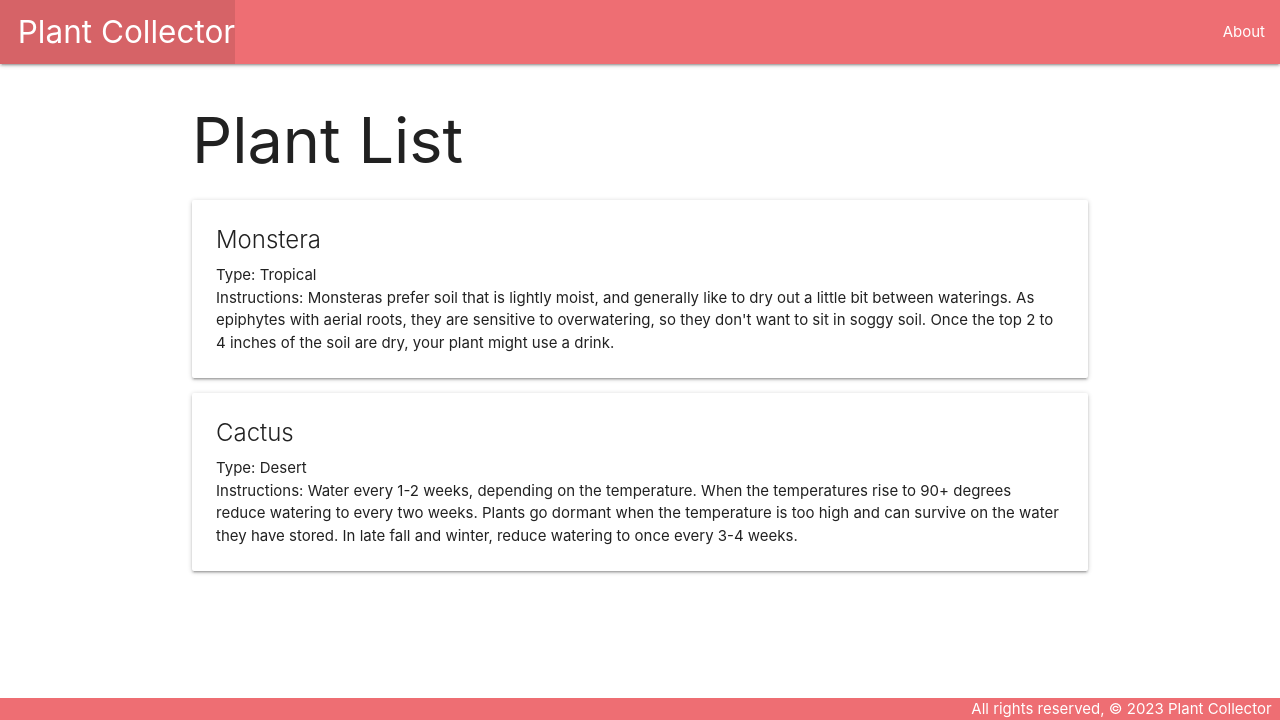
Repository: thecoachanna/plant-collector
Page: http://localhost/plants/
An editor plug-in stored every save of this project. The page is shown before and after a run of saves, followed by the edit.
The browser window is 1280 px wide. The pictures show the whole page.
The page is served by the project's application, run on Django 4.2 (manage.py).

Above is the page before, as saved 2023-03-06 19:28:38.

After the next 3 saves:
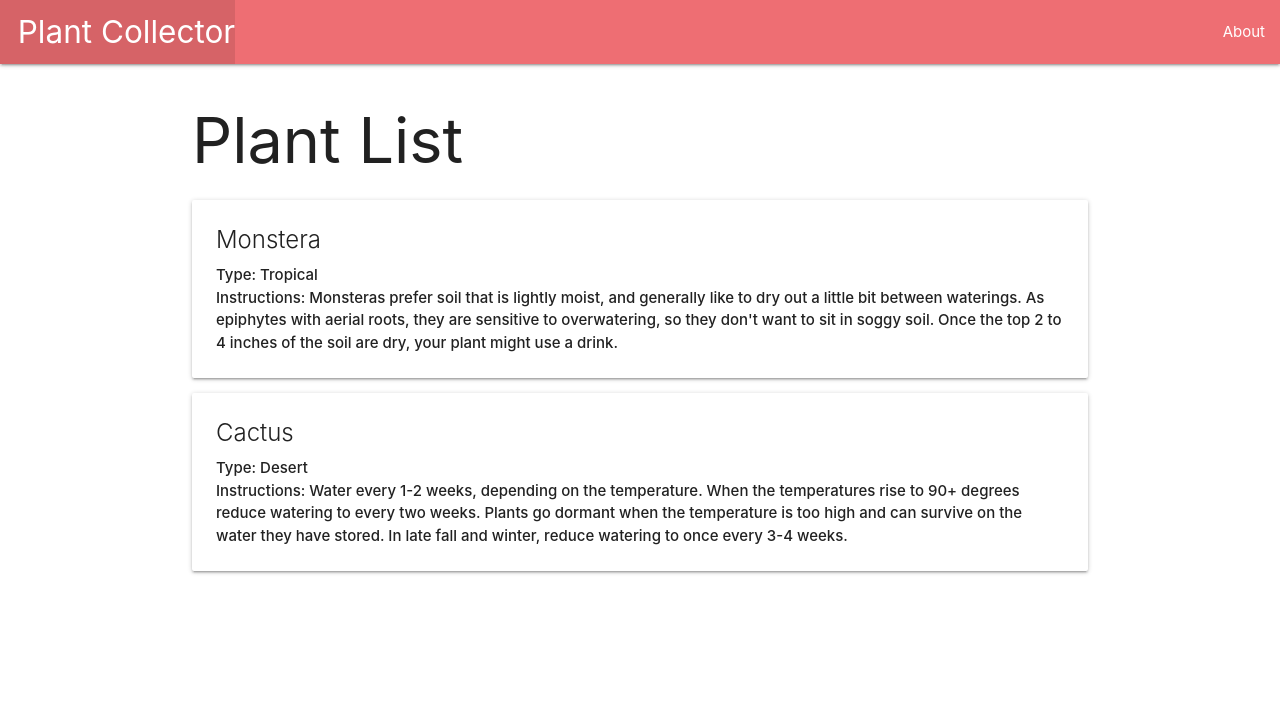
The 3 saves are shown as one change because they came seconds apart.
The last was saved 13 s later.
--- a/main_app/templates/plants/index.html
+++ b/main_app/templates/plants/index.html
@@ -7,7 +7,7 @@
   <div class="card">
     <div class="card-content">
       <span class="card-title">{{ plant.name }}</span>
-      <p><bold>Type:</bold> {{ plant.type }}</p>
+      <p><strong>Type:</bold> {{ plant.type }}</p>
       <p>Instructions: {{plant.instructions}}</p>
     </div>
   </div>

After the save that followed:
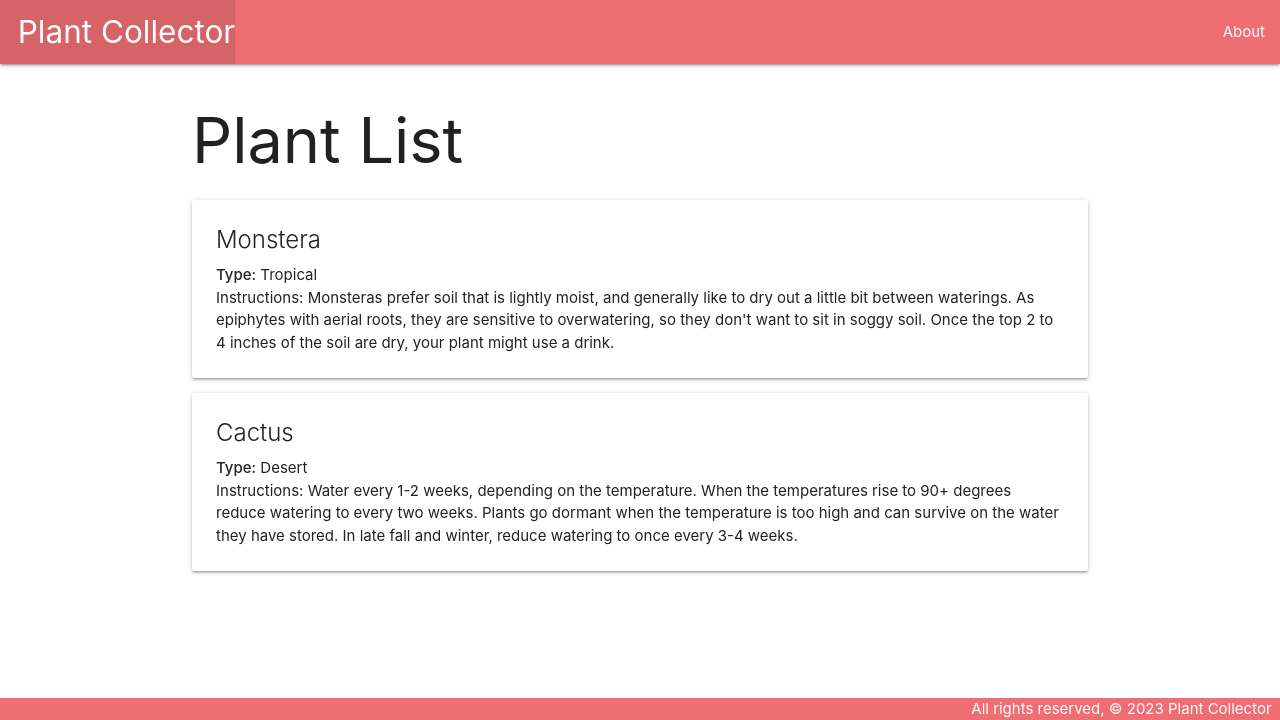
Saved 4 s later.
--- a/main_app/templates/plants/index.html
+++ b/main_app/templates/plants/index.html
@@ -7,7 +7,7 @@
   <div class="card">
     <div class="card-content">
       <span class="card-title">{{ plant.name }}</span>
-      <p><strong>Type:</bold> {{ plant.type }}</p>
+      <p><strong>Type:</strong> {{ plant.type }}</p>
       <p>Instructions: {{plant.instructions}}</p>
     </div>
   </div>
